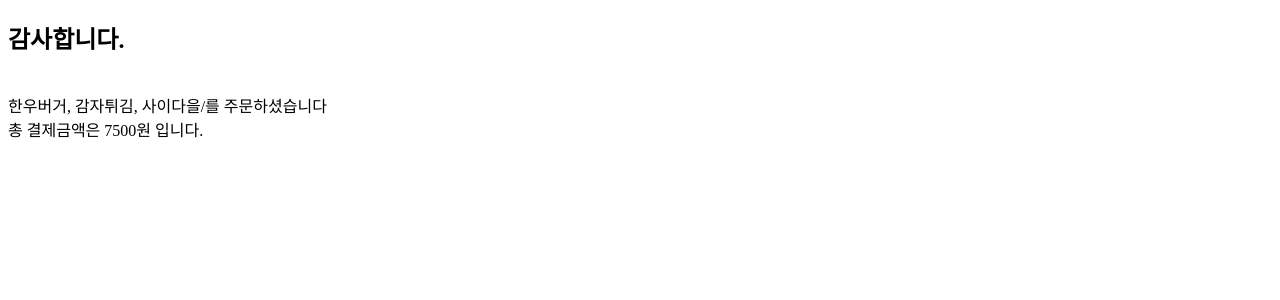
Repository: jsungl/WEBSERVER-WORKSPACE
Page: http://localhost/01_helloweb/menu/menuOrder.jsp
These files come from the project's save history. The page is drawn as it stood at one moment and after the next save; the edit follows.
The browser window is 1280 px wide. The pictures show the whole page.
The page is served by Tomcat 9. Other server files are loaded and not shown.

Above is the page before, as saved 2021-03-24 09:18:53.

### 01_helloweb/WebContent/menu/menuOrder.jsp
<%@ page language="java" contentType="text/html; charset=UTF-8"
    pageEncoding="UTF-8"%>

<%
	//jsp scriptlet 자바공간
	System.out.println(123);

	//사용자 입력값 가져오기
	// request, response에 선언없이 접근가능(servlet에서 넘겨줬으니까)
	String mainMenu = request.getParameter("mainMenu");
	String sideMenu = request.getParameter("sideMenu");
	String drinkMenu = request.getParameter("drinkMenu");


	//저장된 속성가져오기
	String price = (String)request.getAttribute("price"); //꺼내면 object 타입이므로 String에 담을수없다 -> downcasting
	//System.out.println("recommendation@jsp = " + recommendation);

%>


<!DOCTYPE html>
<html>
<head>
<meta charset="UTF-8">
<title>Insert title here</title>
</head>
<body>
	<h2>감사합니다.</h2>
	<br />
	<span id="main_menu">한우버거</span>,
	<span id="side_menu">감자튀김</span>,
	<span id="drink_menu">사이다<span>을/를 주문하셨습니다
	<br />
	<span id="price">총 결제금액은 7500원 입니다. </span>
</body>
</html>

After the next save:
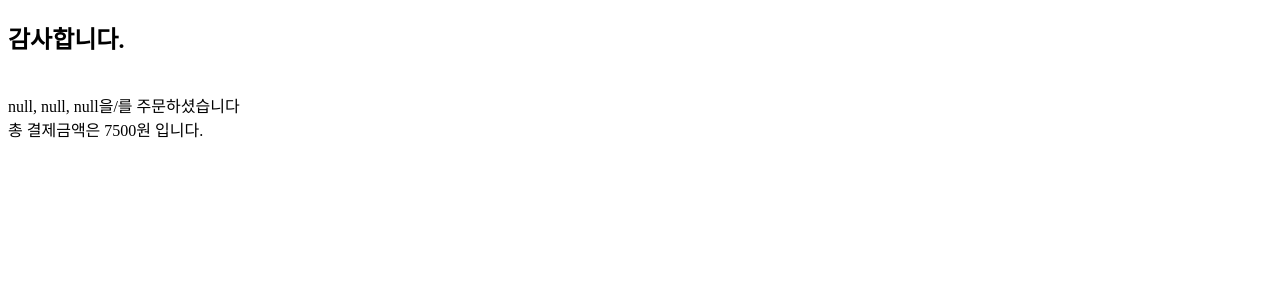
Saved 39 s later.
--- a/01_helloweb/WebContent/menu/menuOrder.jsp
+++ b/01_helloweb/WebContent/menu/menuOrder.jsp
@@ -28,9 +28,9 @@
 <body>
 	<h2>감사합니다.</h2>
 	<br />
-	<span id="main_menu">한우버거</span>,
-	<span id="side_menu">감자튀김</span>,
-	<span id="drink_menu">사이다<span>을/를 주문하셨습니다
+	<span id="main_menu"><%= mainMenu %></span>,
+	<span id="side_menu"><%= sideMenu %></span>,
+	<span id="drink_menu"><%= drinkMenu %><span>을/를 주문하셨습니다
 	<br />
 	<span id="price">총 결제금액은 7500원 입니다. </span>
 </body>
